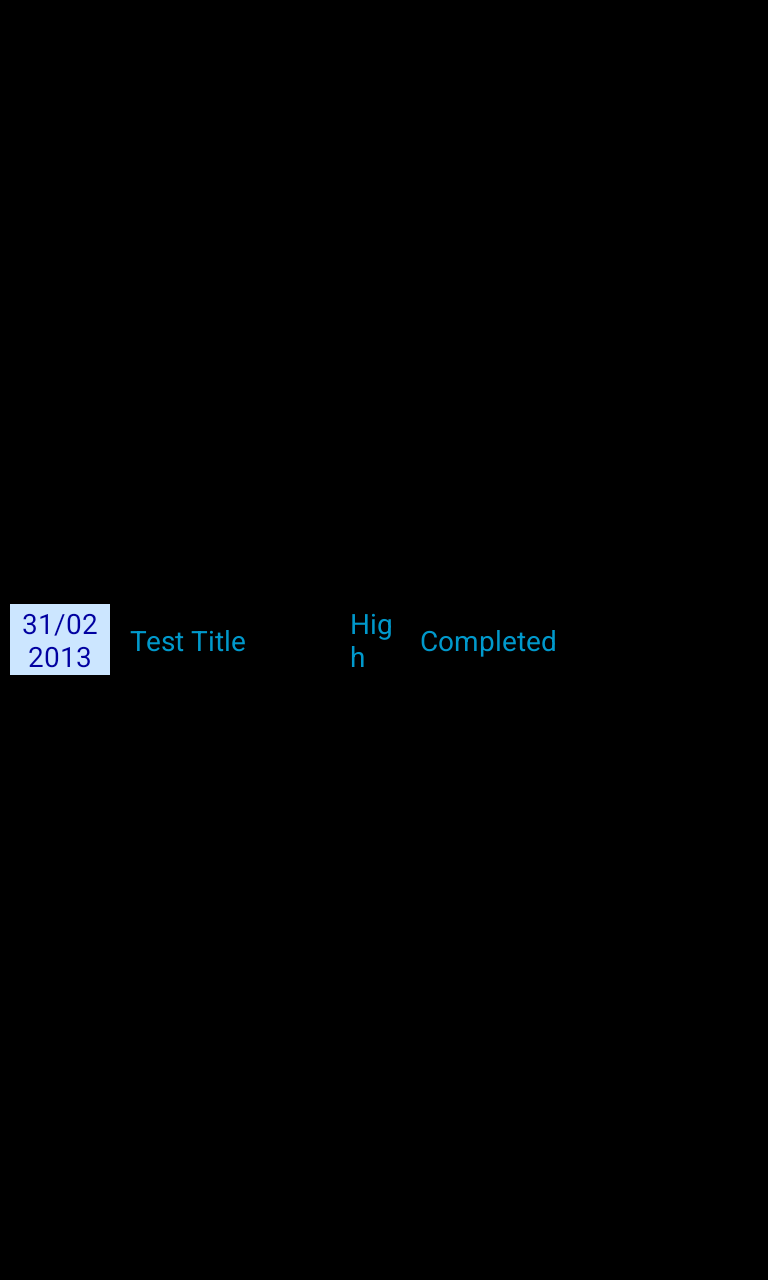
Repository: titango/androidass1
Layout: uTask/res/layout/task_list_item.xml
An editor plug-in stored every save of this project. The layout is shown before and after a run of saves, followed by the edit.
It is drawn on a 768 x 1280 px phone screen (xhdpi) without system bars, with theme NoActionBar; the app's code is not run.

Above is the layout before, as saved 2013-03-31 23:41:05.

After the next 2 saves:
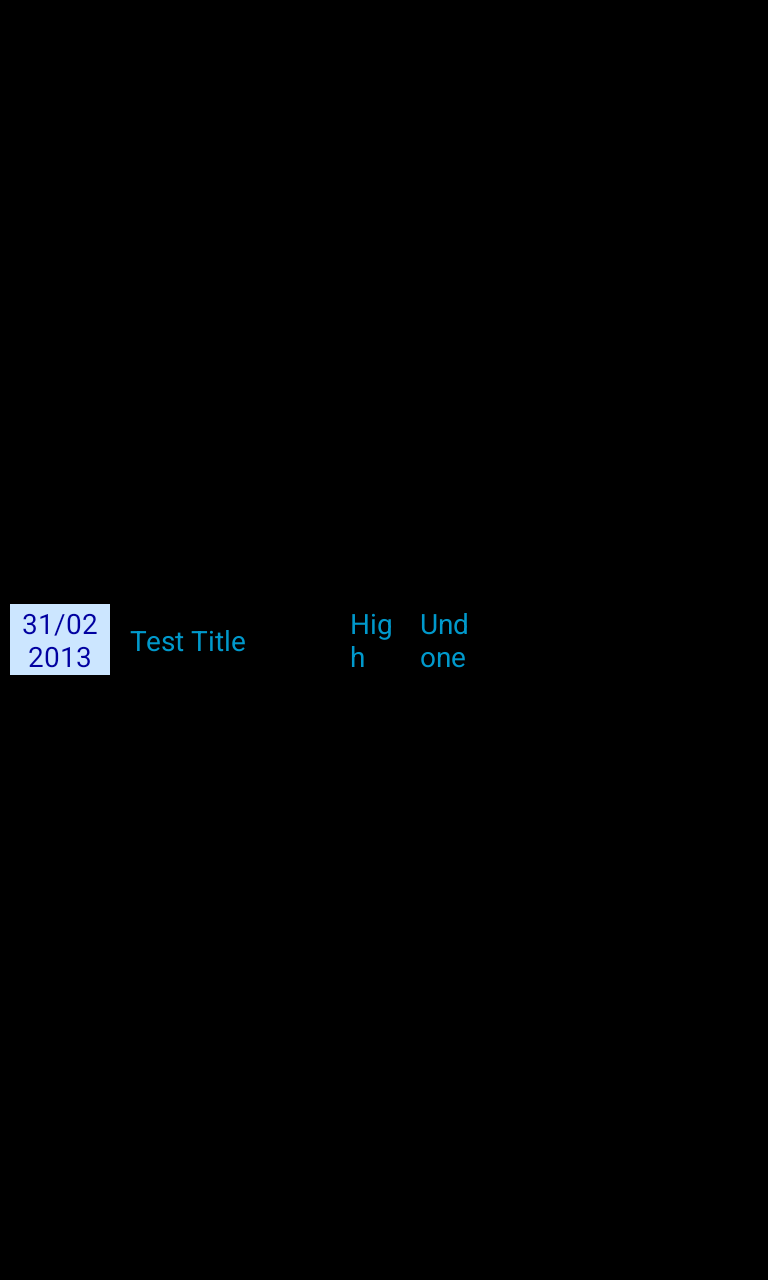
The 2 saves are shown as one change because they came seconds apart.
The last was saved 7 s later.
--- a/uTask/res/layout/task_list_item.xml
+++ b/uTask/res/layout/task_list_item.xml
@@ -37,10 +37,10 @@
 
     <TextView
         android:id="@+id/task_list_item_status"
-        android:layout_width="wrap_content"
+        android:layout_width="25dp"
         android:layout_height="wrap_content"
         android:layout_marginLeft="10dp"
-        android:text="Completed"
+        android:text="Undone"
         android:textColor="#0099CC" >
     </TextView>
 
